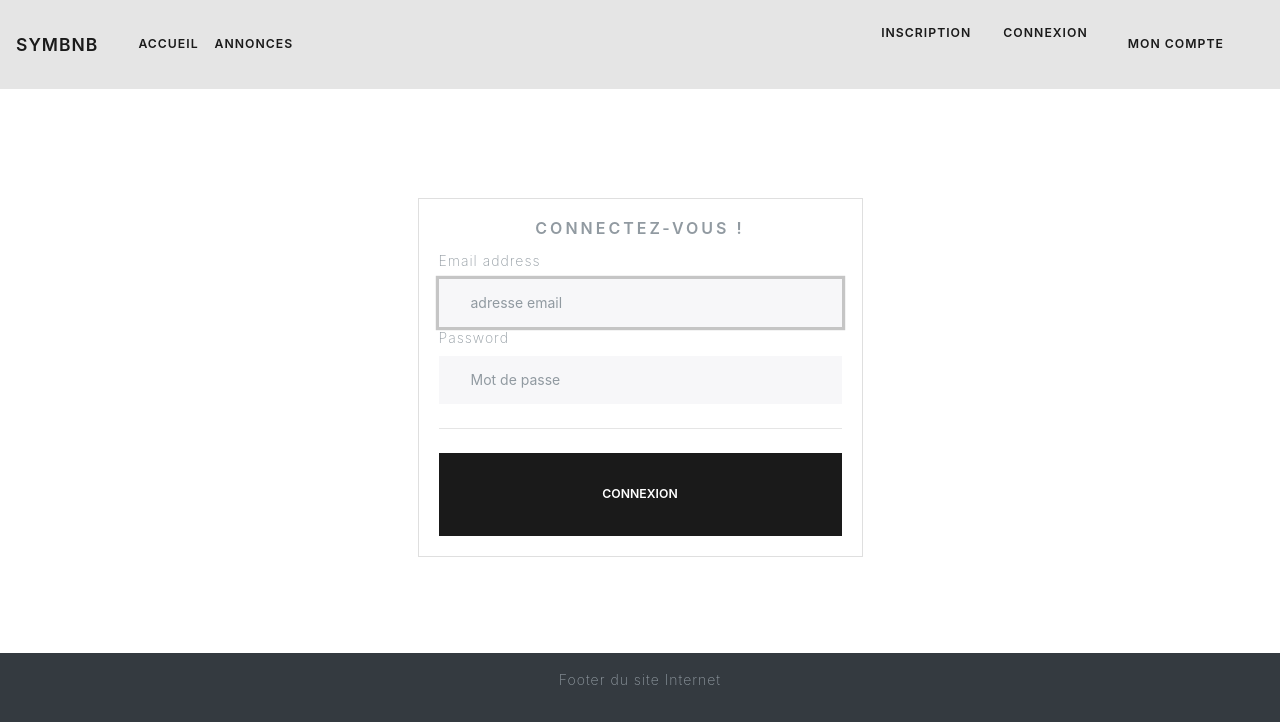
Repository: buzzEclair/symbnb
Page: templates/account/login.html.twig
The author's editor kept a copy of each file at every save. The page is drawn from the files as they stood at one save, then again after the next save.
The browser window is 1280 px wide. The pictures show the whole page.
Some web fonts or font styles are not loaded; a fallback is used. The page is a Twig template of a Symfony application; nobody is signed in and links lead nowhere. The template is opened directly, without the code that normally fills it, so the values that code supplies are empty.

Above is the page before, as saved 2019-03-03 18:45:24.

After the next save:
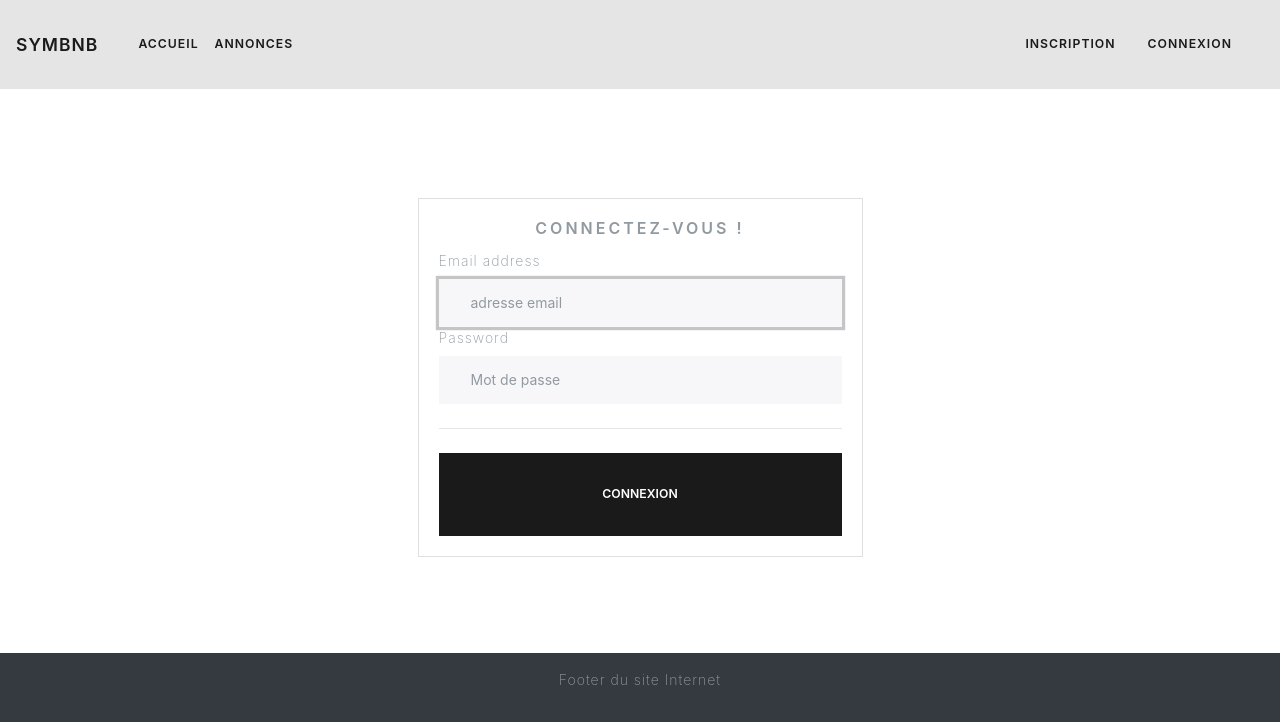
Saved 11 s later.
--- a/templates/partials/header.html.twig
+++ b/templates/partials/header.html.twig
@@ -27,9 +27,7 @@
                     <a href="{{ path('account_login') }}">Connexion</a>
                 </li>
             {% endif %}
-            <li class="nav-item">
-                <a class="nav-link" href="{{path('homepage')}}">Mon compte</a>
-            </li>
+
         </ul>
     </div>
 </nav>
